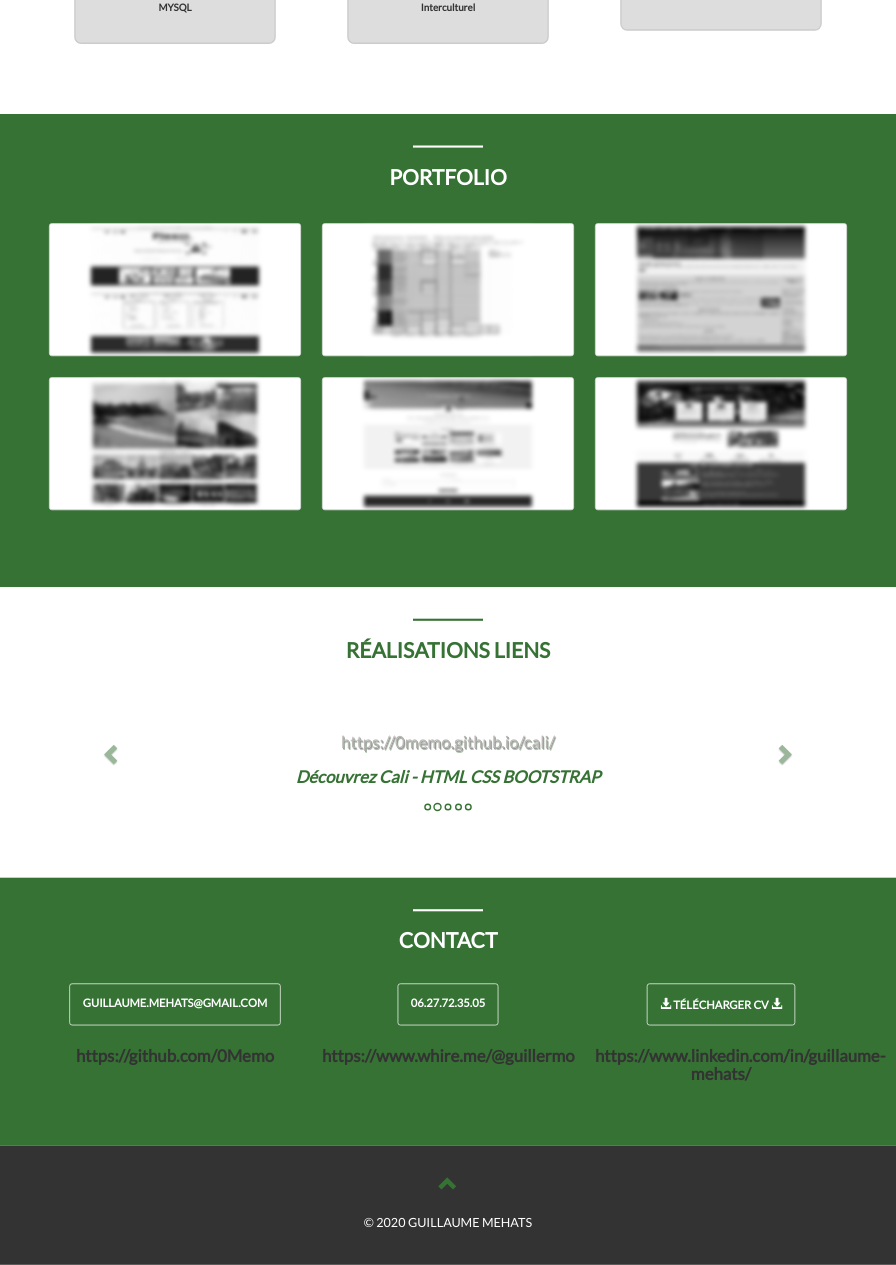
Repository: 0Memo/mon-cv
Page: index.html
An editor plug-in stored every save of this project. The page is shown before and after the next save, followed by the edit.
The browser window is 1280 px wide. The pictures show the part of the page from y = 4247 to 6167 px (the page is 6054 px tall before and 6167 px after), at 70% of full size.

Above is the page before, as saved 2020-12-30 08:20:28.

### index.html
<!DOCTYPE html>
<html lang="fr">
    <head>
        <meta charset="UTF-8">
        <meta name="viewport" content="width=device-width, initial-scale=1.0">
        <meta name="description" content="Voici mon cv, vous pourrez découvrir mon parcours de formation, et mes expériences professionnelles">
        <meta name="author" content="Guillaume Mehats">
        <title>Mon CV</title>
        <link rel="preconnect" href="https://fonts.gstatic.com">
        <link href="https://fonts.googleapis.com/css2?family=Caveat&display=swap" rel="stylesheet">
        <link rel="preconnect" href="https://fonts.gstatic.com">
        <link href="https://fonts.googleapis.com/css2?family=Lato&display=swap" rel="stylesheet">
        <link rel="stylesheet" href="css/bootstrap.min.css">
        <link rel="stylesheet" href="css/styles.css">
        <link rel="shortcut icon" href="img/colombia.png">
    </head>

    <body data-spy="scroll" data-target=".navbar" data-offset="60px">
        <nav class="navbar navbar-default navbar-fixed-top">
            <div class="container">
                <div class="navbar-header">
                    <button type="button" class="navbar-toggle" data-toggle="collapse" data-target="#myNavbar">
                        <span class="icon-bar"></span>
                        <span class="icon-bar"></span>
                        <span class="icon-bar"></span>
                    </button>
                </div>
                <div class="collapse navbar-collapse" id="myNavbar">
                    <ul class="nav navbar-nav">
                        <li><a href="#about">Moi</a></li>
                        <li><a href="#skills">Compétences</a></li>
                        <li><a href="#experience">Expériences</a></li>
                        <li><a href="#education">Formation</a></li>
                        <li><a href="#portfolio">Portfolio</a></li>
                        <li><a href="#projects">Réalisations</a></li>
                        <li><a href="#contact">Contact</a></li>
                    </ul>
                </div>
            </div>
        </nav>
        <ul class="list">
            <li><a href="english_version.html"><img src="img/uk.png" alt="english version" title="english version" target="_blank"></a></li>
            <li><a href="version_espanola.html"><img src="img/spain.png" alt="versión española" title="versión española"></a></li>
            <li><a href="versao_portuguesa.html"><img src="img/portugal.png" alt="versão portuguesa" title="versão portuguesa"></a></li>
            <li><a href="versione_italiana.html"><img src="img/italy.png" alt="versione italiana" title="versione italiana"></a></li>
            <li><a href="versiune_limba_romana.html"><img src="img/romania.png" alt="versiune limba română" title="versiune limba română"></a></li>
        </ul>
        <section id="about" class="container-fluid">
            <div class="col-xs-8 col-md-4 profile-picture">
                <img src="img/photo.png" alt="Guillaume" class="rounded-circle">
            </div>
            <div class="heading">
                <h1>Salut, c'est moi Guillaume <img class="colombia" src="img/colombia.png" alt=""> </h1>
                <h3>Développeur Web</h3>
                <a href="docs/CV_Guillaume_Mehats.pdf" class="button1" target="_blank"><span class="glyphicon glyphicon-download-alt"></span>&nbsp;Télécharger CV&nbsp;<span class="glyphicon glyphicon-download-alt"></span></a>
            </div>
        </section>

        <section id="skills">
            <div class="green-divider"></div>
            <div class="heading">
                <h2>Compétences</h2>
            </div>
            <div class="container">
                <div class="row">
                    <div class="col-md-6">
                        <div class="progress">
                            <div class="progress-bar" role="progressbar" aria-valuenow="85" aria-valuemin="0" aria-valuemax="100" style="width:85%">
                                <h5>HTML 85%</h5>
                            </div>
                        </div>
                        <div class="progress">
                            <div class="progress-bar" role="progressbar" aria-valuenow="85" aria-valuemin="0" aria-valuemax="100" style="width:85%">
                                <h5>CSS 85%</h5>
                            </div>
                        </div>
                        <div class="progress">
                            <div class="progress-bar" role="progressbar" aria-valuenow="90" aria-valuemin="0" aria-valuemax="100" style="width:90%">
                                <h5>JAVASCRIPT 90%</h5>
                            </div>
                        </div>
                    </div>
                    <div class="col-md-6">
                        <div class="progress">
                            <div class="progress-bar" role="progressbar" aria-valuenow="85" aria-valuemin="0" aria-valuemax="100" style="width:85%">
                                <h5>JQUERY 85%</h5>
                            </div>
                        </div>
                        <div class="progress">
                            <div class="progress-bar" role="progressbar" aria-valuenow="80" aria-valuemin="0" aria-valuemax="100" style="width:80%">
                                <h5>BOOTSTRAP 80%</h5>
                            </div>
                        </div>
                        <div class="progress">
                            <div class="progress-bar" role="progressbar" aria-valuenow="75" aria-valuemin="0" aria-valuemax="100" style="width:75%">
                                <h5>SASS 75%</h5>
                            </div>
                        </div>
                    </div>
                </div>
            </div>
            <div class="text">
                <h5><span id="typed"></span></h5>
            </div>
        </section>

        <section id="experience">
            <div class="container">
                <div class="white-divider"></div>
                <div class="heading">
                    <h2>Expérience professionnelle</h2>
                </div>
                <ul class="timeline">
                    <li>
                        <div class="timeline-badge"><span class="glyphicon glyphicon-briefcase"></span></div>
                        <div class="timeline-panel-container">
                            <div class="timeline-panel">
                                <div class="timeline-heading">
                                    <h3>Lycée<span class="experience-place"> Amboise</span></h3>
                                    <h4>Professeur d'espagnol</h4>
                                    <p class="text-muted"><small class="glyphicon glyphicon-time"> déc.2019-août 2020</small></p>
                                </div>
                                <div class="timeline-body">
                                    <p>Préparation de cours d'espagnol: Création de séquences de cours et ajouts culturels</p>
                                    <p>Animation de cours collectifs et de groupes: Cours de 2nde, 1ère et Terminale</p>
                                    <p>gestion des classes (7 classes de 26 à 30 élèves chacune)</p>
                                    <p>Surveillance et correction d'examens: Examens nationaux (E3C) et examens en classe</p>
                                </div>
                                <div class="timeline-footer"></div>
                            </div>
                        </div>
                    </li>
                    <li>
                        <div class="timeline-badge"><span class="glyphicon glyphicon-briefcase"></span></div>
                        <div class="timeline-panel-container-inverted">
                            <div class="timeline-panel">
                                <div class="timeline-heading">
                                    <h3>Langaj<span class="experience-place"> Paris</span></h3>
                                    <h4>Coordinateur de formation</h4>
                                    <p class="text-muted"><small class="glyphicon glyphicon-time"> jan.2016-nov.2018</small></p>
                                </div>
                                <div class="timeline-body">
                                    <p>Planification des formations : Programmation, reprogrammation et optimisation des sessions de formation</p>
                                    <p>Validations, annulations, reports de session. Surveillance d'examens : TOEIC, Bulats. Contact professeurs-stagiaires</p>
                                    <p>Suivi d'activité : Création d'indicateurs de suivi (ex: taux d'avancement formation, utilisation ressources, ...)</p>
                                    <p>rapport anomalies et propositions de plans d'action au comité de direction. Gestion de l'équipe (2 personnes sur 2 ans)</p>
                                    <p>Développement d'outils de suivi et de production automatisés Utilisation de Scribble Maps, Google Apps Script</p>
                                    <p>Macros, Google Sheet, Excel, Word. Langues de travail: français, anglais, espagnol, italien, allemand, suédois, portugais</p>
                                </div>
                                <div class="timeline-footer"></div>
                            </div>
                        </div>
                    </li>
                    <li>
                        <div class="timeline-badge"><span class="glyphicon glyphicon-briefcase"></span></div>
                        <div class="timeline-panel-container">
                            <div class="timeline-panel">
                                <div class="timeline-heading">
                                    <h3>Regus<span class="experience-place"> Paris </span><img class="regus" src="img/regus.png" alt="Regus"></h3>
                                    <h4>Chargé relations clients</h4>
                                    <p class="text-muted"><small class="glyphicon glyphicon-time"> avr.2010-déc.2015</small></p>
                                </div>
                                <div class="timeline-body">
                                    <p>Suivi d'activités : Reporting d'activité, suivi et mise à jour des procédures du siège, gestion conflits et satisfaction</p>
                                    <p>clients, suivi des impayés clients-fournisseurs, gestion de la balance âgée. Promotion interne: Gestion et formation</p>
                                    <p>de l'équipe d'accueil (5 personnes sur 3 ans). Langues de travail: français, anglais, rousection, hébreu, italien</p>
                                    <p>Logistique : Gestion des stocks, commandes et salles, archivage</p>
                                </div>
                                <div class="timeline-footer"></div>
                            </div>
                        </div>
                    </li>
                    <li>
                        <div class="timeline-badge"><span class="glyphicon glyphicon-briefcase"></span></div>
                        <div class="timeline-panel-container-inverted">
                            <div class="timeline-panel">
                                <div class="timeline-heading">
                                    <h3>Disneyland Paris <img class="mickey" src="img/mickey-mouse.png" alt="Mickey Mouse"></h3>

                                    <h4>Conseiller clientèle multilingue</h4>
                                    <p class="text-muted"><small class="glyphicon glyphicon-time"> avr.2007-avr.2010</small></p>
                                </div>
                                <div class="timeline-body">
                                    <p>Gestion des demandes internationales : Langues de travail: français, anglais, espagnol, roumain, hébreu</p>
                                    <p>italien, portugais (traduction simultanées pour les urgences médicales, réservations restaurants</p>
                                    <p>et taxis, conseils sur les activités). Gestion de l'équipe (3 personnes sur 3 ans)</p>
                                </div>
                                <div class="timeline-footer"></div>
                            </div>
                        </div>
                    </li>
                    <li>
                        <div class="timeline-badge"><span class="glyphicon glyphicon-briefcase"></span></div>
                        <div class="timeline-panel-container">
                            <div class="timeline-panel">
                                <div class="timeline-heading">
                                    <h3>Hôtel de Tourny<span class="experience-place"> Bordeaux</span></h3>
                                    <h4>Chef d'équipe conciergerie</h4>
                                    <p class="text-muted"><small class="glyphicon glyphicon-time"> fév.2006-mars 2007</small></p>
                                </div>
                                <div class="timeline-body">
                                    <p>Gestion clients et équipe : Réservations restaurants, taxis, activités, préparation salle de</p>
                                    <p>réunion archivage de documents, gestion de l'équipe (2 personnes sur 1 an)</p>
                                </div>
                                <div class="timeline-footer"></div>
                            </div>
                        </div>
                    </li>
                </ul>
            </div>
        </section>

        <section id="education">
            <div class="green-divider"></div>
            <div class="heading">
                <h2>Formation</h2>
            </div>
            <div class="container">
                <div class="row">
                    <div class="col-sm-4">
                        <div class="education-block">
                            <h5>juin 2020 - fév.2021</h5>
                            <span class="glyphicon glyphicon-education"></span>
                            <h3>IFOCOP Paris XI</h3>
                            <h4>Développeur Intégrateur Web</h4>
                            <div class="green-divider"></div>
                            <p>HTML - CSS - JAVASCRIPT - PHP - MYSQL</p>
                        </div>
                    </div>
                    <div class="col-sm-4">
                        <div class="education-block">
                            <h5>oct.2015 - juin 2016</h5>
                            <span class="glyphicon glyphicon-education"></span>
                            <h3>Université Paris X</h3>
                            <h4>Master Commerce International</h4>
                            <div class="green-divider"></div>
                            <p>Management International et Interculturel</p>
                        </div>
                    </div>
                    <div class="col-sm-4">
                        <div class="education-block">
                            <h5>oct.2003 - juin 2006</h5>
                            <span class="glyphicon glyphicon-education"></span>
                            <h3>Université Bdx 3</h3>
                            <h4>Licence 3ème année L.E.A</h4>
                            <div class="green-divider"></div>
                            <p>Langues Étrangères Appliquées et Tourisme</p>
                        </div>
                    </div>
                </div>
            </div>
        </section>

        <section id="portfolio">
            <div class="container">
                <div class="white-divider">
                </div>
                <div class="heading">
                    <h2>Portfolio</h2>
                </div>
                <div class="row">
                    <div class="col-sm-4">
                        <a class="thumbnail" href="img/pleezz.jpg" target="_blank" alt="projet">
                            <img src="img/pleezz.jpg">
                        </a>
                    </div>
                    <div class="col-sm-4">
                        <a class="thumbnail" href="img/formules.jpg" target="_blank" alt="projet">
                            <img src="img/formules.jpg">
                        </a>
                    </div>
                    <div class="col-sm-4">
                        <a class="thumbnail" href="img/restaurante.jpg" target="_blank" alt="projet">
                            <img src="img/restaurante.jpg">
                        </a>
                    </div>
                </div>
                <div class="row">
                    <div class="col-sm-4">
                        <a class="thumbnail" href="img/gallerie.jpg" target="_blank" alt="projet">
                            <img src="img/gallerie.jpg">
                        </a>
                    </div>
                    <div class="col-sm-4">
                        <a class="thumbnail" href="img/proyecto.jpg" target="_blank" alt="projet">
                            <img src="img/proyecto.jpg">
                        </a>
                    </div>
                    <div class="col-sm-4">
                        <a class="thumbnail" href="img/cali_page.jpg" target="_blank" alt="projet">
                        <img src="img/cali_page.jpg">
                        </a>
                    </div>
                </div>
            </div>
        </section>

        <section id="projects">
            <div class="container">
                <div class="green-divider"></div>
                <div class="heading">
                    <h2>Réalisations liens</h2>
                </div>
                <div id="myCarousel" class="carousel slide text-center" data-ride="carousel">
                    <ol class="carousel-indicators">
                        <li data-target="#myCarousel" data-slide-to="0" class="active"></li>
                        <li data-target="#myCarousel" data-slide-to="1"></li>
                        <li data-target="#myCarousel" data-slide-to="2"></li>
                        <li data-target="#myCarousel" data-slide-to="3"></li>
                        <li data-target="#myCarousel" data-slide-to="4"></li>
                    </ol>
                    <div class="carousel-inner" role="listbox">
                        <div class="item active">
                            <a href="https://0memo.github.io/portfolio/" title="mon portfolio" class="portfolio_page" target="_blank">https://0memo.github.io/portfolio/</a>
                            <h3>Mon portfolio - HTML CSS</h3>
                        </div>
                        <div class="item">
                            <a href="https://0memo.github.io/cali/" title="Cali" class="cali" target="_blank">https://0memo.github.io/cali/</a>
                            <h3>Découvrez Cali - HTML CSS BOOTSTRAP</h3>
                        </div>
                        <div class="item">
                            <a href="https://0memo.github.io/application-mobile/" title="application mobile" class="application-mobile" target="_blank">https://0memo.github.io/application-mobile/</a>
                            <h3>Application sur Cali - HTML CSS</h3>
                        </div>
                        <div class="item">
                            <a href="https://0memo.github.io/cafe-del-valle/" title="cafe del valle" class="cafe_del_valle" target="_blank">https://0memo.github.io/cafe-del-valle/</a>
                            <h3>Restaurant Café del Valle - HTML CSS JAVASCRIPT</h3>
                        </div>
                        <div class="item">
                            <a href="https://0memo.github.io/serpent/" title="jeu du serpent" class="serpent" target="_blank">https://0memo.github.io/serpent/</a>
                            <h3>Jeu du serpent - HTML JAVASCRIPT</h3>
                        </div>
                        <div class="item">
                            <a href="https://www.jessica-viel.ovh/hotelcop/" title="projet HôtelCop" class="hotelCop" target="_blank">http://www.jessica-viel.ovh/hotelcop/</a>
                            <h3>Projet en binôme - HTML CSS JAVASCRIPT</h3>
                        </div>
                    </div>
                    <a class="left carousel-control" href="#myCarousel" data-slide="prev" role="button">
                        <span class="glyphicon glyphicon-chevron-left"></span>
                    </a>
                    <a class="right carousel-control" href="#myCarousel" data-slide="next" role="button">
                        <span class="glyphicon glyphicon-chevron-right"></span>
                    </a>
                </div>
            </div>
        </section>

        <section id="contact">
            <div class="container">
                <div class="white-divider"></div>
                <div class="heading">
                    <h2>Contact</h2>
                </div>
                <div class="row text-center">
                    <div class="col-12 col-md-4">
                        <div class="mail">
                            <h3>guillaume.mehats@gmail.com</h3>
                        </div>
                    </div>
                    <div class="col-12 col-md-4">
                        <div class="number">
                            <h3>06.27.72.35.05</h3>
                        </div>
                    </div>
                    <div class="col-12 col-md-4">
                        <div class="cv">
                            <a href="docs/CV_Guillaume_Mehats.pdf" class="button1" target="_blank"><span class="glyphicon glyphicon-download-alt"></span>&nbsp;Télécharger CV&nbsp;<span class="glyphicon glyphicon-download-alt"></span></a>
                        </div>
                    </div>
                </div>
                <div class="row text-center">
                    <div class="col-12 col-md-4">
                        <div class="linkedIn">
                            <h3>https://github.com/0Memo</h3>
                        </div>
                    </div>
                    <div class="col-12 col-md-4">
                        <div class="whire">
                            <h3>https://www.whire.me/@guillermo</h3>
                        </div>
                    </div>
                    <div class="col-12 col-md-4">
                        <div class="github">
                            <h3>https://www.linkedin.com/in/guillaume-mehats/</h3>
                        </div>
                    </div>
                </div>
            </div>
        </section>

        <footer class="text-center">
            <a href="#about">
                <span class="glyphicon glyphicon-chevron-up"></span>
            </a>
            <h5>&copy; 2020 Guillaume Mehats</h5>
        </footer>

        <script src="js/jquery-3.5.1.min.js"></script>
        <script src="https://cdn.jsdelivr.net/npm/typed.js@2.0.11"></script>
        <script src="https://cdn.jsdelivr.net/npm/popper.js@1.16.0/dist/umd/popper.min.js" integrity="sha384-Q6E9RHvbIyZFJoft+2mJbHaEWldlvI9IOYy5n3zV9zzTtmI3UksdQRVvoxMfooAo" crossorigin="anonymous"></script>
        <script src="js/bootstrap.min.js"></script>
        <script src="js/script.js"></script>
    </body>
</html>

Loaded but not shown: css/bootstrap.min.css (library); js/jquery-3.5.1.min.js (library); js/bootstrap.min.js (library); js/script.js (19 lines, source omitted); css/styles.css (490 lines, source omitted)

After the next save:
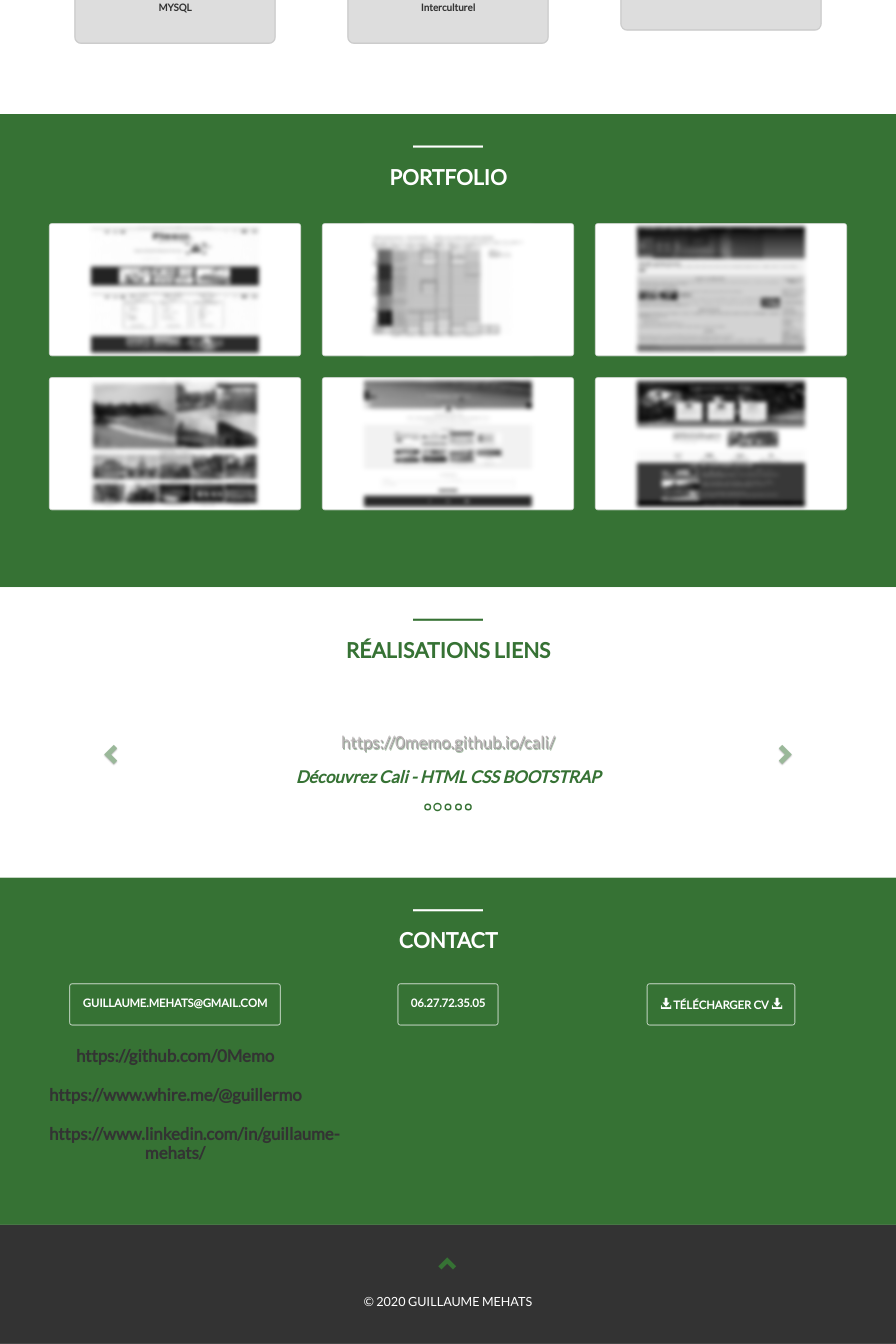
Saved 69 s later.
--- a/index.html
+++ b/index.html
@@ -374,11 +374,15 @@
                             <h3>https://github.com/0Memo</h3>
                         </div>
                     </div>
+                </div>
+                <div class="row text-center">
                     <div class="col-12 col-md-4">
                         <div class="whire">
                             <h3>https://www.whire.me/@guillermo</h3>
                         </div>
                     </div>
+                </div>
+                <div class="row text-center">
                     <div class="col-12 col-md-4">
                         <div class="github">
                             <h3>https://www.linkedin.com/in/guillaume-mehats/</h3>
